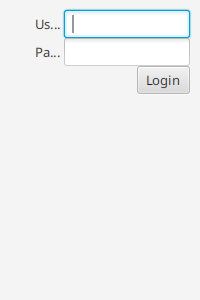
Repository: Tomcat-Seaotter/Java
Program's window: java code14/Lesson41/src/code14/Lesson43.java
These files come from the project's save history. The program's window is drawn as it stood at one moment and after the next save; the edit follows.
It runs on Java 21 on a 1366 x 768 screen with JavaFX 11; the title bar is not drawn.

Above is the program's window before, as saved 2018-12-24 03:03:12.

After the next save:
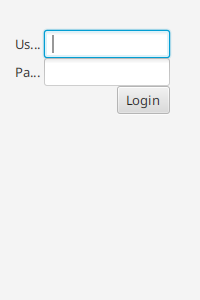
Saved 14 s later.
--- a/code14/Lesson41/src/code14/Lesson43.java
+++ b/code14/Lesson41/src/code14/Lesson43.java
@@ -16,7 +16,7 @@
 	public void start(Stage stage) throws Exception {
 		// TODO Auto-generated method stub
 		GridPane pane1 = new GridPane();
-		pane1.setPadding(new Insets(10,10,35,35));
+		pane1.setPadding(new Insets(30,30,15,15));
 		Label lab1 = new Label("UserName");
 		Label lab2 = new Label("Passowrd");
 		TextField tx1 = new TextField();
